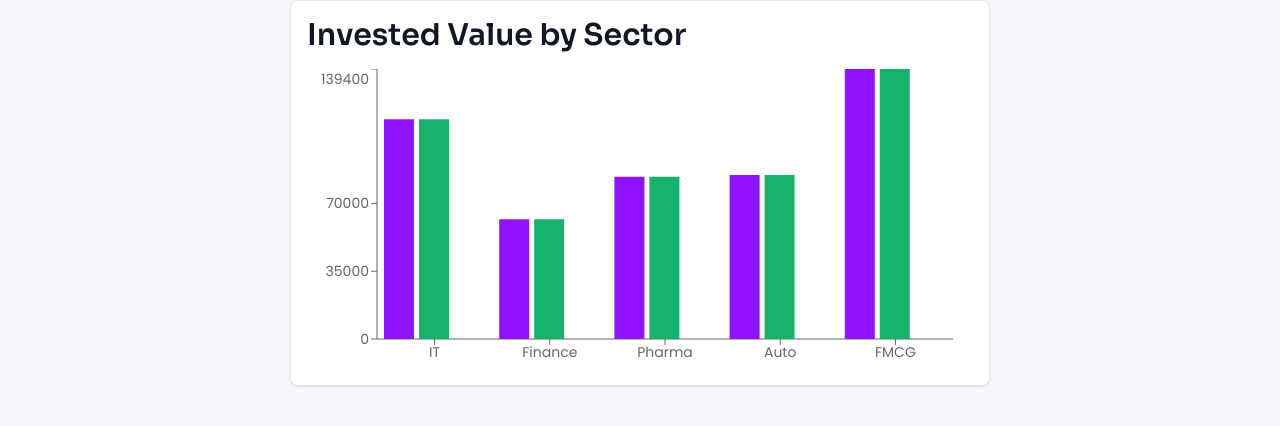
Repository: jabir12-12/inten-project
Page: /components/barchart
An editor plug-in stored every save of this project. The page is shown before and after the next save, followed by the edit.
The browser window is 1280 px wide. The pictures show the whole page.
The page's requests for data from a server got no answer. The project was rebuilt for these pictures with package versions that can differ from the ones it lists, and the page was loaded fresh each time. The framework's server and built-in components were replaced by stand-ins that run in the browser. No one was signed in, and anything a server would have sent is missing. Also part of the build but not shown: next.config.ts.

Above is the page before, as saved 2025-05-17 23:35:52.

### src/pages/_app.tsx
import "@/styles/globals.css";
import type { AppProps } from "next/app"

export default function App({ Component, pageProps }: AppProps) {
  return <Component {...pageProps} />;
}

### src/pages/components/barchart.tsx
import React, { useEffect, useState } from 'react';
import {
    Bar,
    BarChart,
    CartesianGrid,
    Cell,
    Legend,
    ResponsiveContainer,
    Tooltip,
    XAxis,
    YAxis,
} from "recharts";

interface StockData {
    symbol: string;
    category: string;
    purchasePrice: number;
    quantity: number;
    cmp: number;  // current market price
}

const BASE_STOCKS = [
    { symbol: 'INFY.NS', category: 'IT', purchasePrice: 1650, quantity: 20 },
    { symbol: 'TCS.NS', category: 'IT', purchasePrice: 3800, quantity: 10 },
    { symbol: 'HCLTECH.NS', category: 'IT', purchasePrice: 1700, quantity: 25 },

    { symbol: 'HDFCBANK.NS', category: 'Finance', purchasePrice: 1500, quantity: 15 },
    { symbol: 'ICICIBANK.NS', category: 'Finance', purchasePrice: 750, quantity: 30 },
    { symbol: 'SBIN.NS', category: 'Finance', purchasePrice: 420, quantity: 40 },

    { symbol: 'SUNPHARMA.NS', category: 'Pharma', purchasePrice: 950, quantity: 18 },
    { symbol: 'DIVISLAB.NS', category: 'Pharma', purchasePrice: 4800, quantity: 10 },
    { symbol: 'CIPLA.NS', category: 'Pharma', purchasePrice: 850, quantity: 22 },

    { symbol: 'TATAMOTORS.NS', category: 'Auto', purchasePrice: 350, quantity: 50 },
    { symbol: 'BAJAJ-AUTO.NS', category: 'Auto', purchasePrice: 4200, quantity: 8 },
    { symbol: 'EICHERMOT.NS', category: 'Auto', purchasePrice: 2800, quantity: 12 },

    { symbol: 'HINDUNILVR.NS', category: 'FMCG', purchasePrice: 2500, quantity: 14 },
    { symbol: 'ITC.NS', category: 'FMCG', purchasePrice: 240, quantity: 60 },
    { symbol: 'NESTLEIND.NS', category: 'FMCG', purchasePrice: 18000, quantity: 5 },
];

// Helper to aggregate by category for chart
function aggregateByCategory(stocks: StockData[]) {
    const categoryMap: Record<string, { invested: number; current: number }> = {};

    stocks.forEach(({ category, purchasePrice, quantity, cmp }) => {
        if (!categoryMap[category]) {
            categoryMap[category] = { invested: 0, current: 0 };
        }
        categoryMap[category].invested += purchasePrice * quantity;
        categoryMap[category].current += cmp * quantity;
    });

    return Object.entries(categoryMap).map(([name, values]) => {
        const gainLoss = values.current - values.invested;
        return {
            name,
            invested: values.invested,
            current: values.current,
            gainLoss,
        };
    });

}

export default function BarChartComponent() {
    const [stocks, setStocks] = useState<StockData[]>([]);
    const [loading, setLoading] = useState(true);

    useEffect(() => {
        async function fetchData() {
            try {
                const res = await fetch('/api/route'); // Replace with your actual API route URL
                const json = await res.json();

                if (json.success) {
                    // Map cmp prices by symbol
                    const pricesMap: Record<string, number> = {};
                    json.data.forEach((stock: { symbol: string; cmp: number }) => {
                        pricesMap[stock.symbol] = stock.cmp;
                    });

                    // Merge cmp prices into base stocks
                    const updatedStocks: StockData[] = BASE_STOCKS.map(stock => ({
                        ...stock,
                        cmp: pricesMap[stock.symbol] ?? stock.purchasePrice,
                    }));

                    setStocks(updatedStocks);
                } else {
                    console.error("Failed to load stock prices:", json.error);
                    // Fallback to purchasePrice if API fails
                    const fallbackStocks = BASE_STOCKS.map(stock => ({
                        ...stock,
                        cmp: stock.purchasePrice,
                    }));
                    setStocks(fallbackStocks);
                }
            } catch (err) {
                console.error("Error fetching stock prices:", err);
                // Fallback to purchasePrice on error
                const fallbackStocks = BASE_STOCKS.map(stock => ({
                    ...stock,
                    cmp: stock.purchasePrice,
                }));
                setStocks(fallbackStocks);
            } finally {
                setLoading(false);
            }
        }

        fetchData();
    }, []);

    if (loading) return <div>Loading stock data...</div>;

    const barChartData = aggregateByCategory(stocks);

    return (
        <div className="flex flex-col gap-4 border border-gray-200 rounded-lg p-4 bg-white shadow-sm max-w-full w-full sm:w-[90vw] md:w-[600px] lg:w-[700px] mx-auto">
            <h1 className="text-gray-900 font-semibold text-xl sm:text-2xl md:text-3xl">
                Invested Value by Sector
            </h1>

            <ResponsiveContainer width="100%" height={300}>
                <BarChart
                    data={barChartData}
                    barGap={5}
                    barCategoryGap="30%"
                    margin={{ right: 20, left: 10 }}
                >
                    <CartesianGrid strokeDasharray="3 3" horizontal={false} vertical={false} />
                    <XAxis
                        dataKey="name"
                        fontFamily="poppins"
                        fontSize={14}
                        fontWeight={400}
                        fill="#667085"
                        interval="preserveStartEnd"
                    />
                    <YAxis
                        domain={[0, 'dataMax']}
                        fontFamily="poppins"
                        fontSize={14}
                        fontWeight={400}
                        fill="#667085"
                    />
                    <Tooltip
                        cursor={false}
                        isAnimationActive={true}
                        content={({ active, payload, label }) => {
                            if (!active || !payload || payload.length === 0) return null;

                            const invested = Number(payload.find(p => p.dataKey === 'invested')?.value) || 0;
                            const current = Number(payload.find(p => p.dataKey === 'current')?.value) || 0;
                            const gainLoss = Math.abs(current - invested);
                            const gainLossColor = current >= invested ? "#17B26A" : "#F04438";

                            return (
                                <div style={{ backgroundColor: 'white', padding: 10, border: '1px solid #ccc' }}>
                                    <p style={{ marginBottom: 8, fontWeight: 'bold' }}>{label}</p>
                                    <p style={{ color: '#9012FF' }}>
                                        Invested: ₹{invested.toLocaleString("en-IN")}
                                    </p>
                                    <p style={{ color: gainLossColor }}>
                                        Current: ₹{current.toLocaleString("en-IN")}
                                    </p>
                                    <p style={{ color: gainLossColor }}>
                                        Gain/Loss: ₹{gainLoss.toLocaleString("en-IN")}
                                    </p>
                                </div>
                            );
                        }}
                    />
                    <Legend wrapperStyle={{ display: 'none' }} />
                    <Bar dataKey="invested" name="Invested" fill="#9012FF" barSize={30} />
                    <Bar dataKey="current" name="Current" fill="#17B26A" barSize={30} />
                    <Bar dataKey="gainLoss" name="Gain/Loss" barSize={30}>
                        {barChartData.map((entry, index) => (
                            <Cell key={`cell-${index}`} fill={entry.gainLoss >= 0 ? "#17B26A" : "#F04438"} />
                        ))}
                    </Bar>


                </BarChart>
            </ResponsiveContainer>
        </div>
    );
}

### src/styles/globals.css
@import url('https://fonts.googleapis.com/css2?family=Poppins:wght@400;500;600&family=Inter:wght@400;500;600&family=Sora:wght@400;500;600;700;800&display=swap');
@import url('https://fonts.googleapis.com/css2?family=Inter:wght@400;700&display=swap');

@import "tailwindcss";

body {
  background-color: #f7f8fb;
  margin: 0;
  padding: 0;
  font-family: 'Poppins', sans-serif;
  justify-content: center;
  align-items: center;
  height: 100vh;
}

.video-js .vjs-playback-rate {
  font-size: 10px;
  transform: translateY(12px);
  /* Moves the button down by 10px */

}

.heading .head {
  font-family: 'Sora', sans-serif;
  font-size: 24px;
  /* Example size */
  font-weight: 700;
}

/* Example for other headings if needed */
h1,
h2,
h3,
h4,
h5,
h6 {
  font-family: 'Sora', sans-serif;
}

h3 {
  font-size: 18px;
  font-weight: 600;
}

/* Ensure that other text elements use Poppins */
p,
span,
div {
  font-family: 'Poppins', sans-serif;
}

.button {
  outline: none;
}

/* Custom scrollbar styles */

::-webkit-scrollbar {
  width: 7px;
  height: 7px;
}

::-webkit-scrollbar-thumb {
  background-color: rgba(234, 236, 240, 1);
  ;

  border-radius: 100px;
}

::-webkit-scrollbar-track {
  background: "white";

}

/* THIS IS FOR TEXT-EDITOR IN DISSCUSSION TAB --------------------------*/
.custom-quill .ql-container {
  border: none !important;
  /* Remove the border from the container */
}

.custom-quill .ql-editor {
  border: none !important;
  /* Ensure no border around the editor */
}

.custom-quill:focus {
  outline: none;
  /* Remove outline on focus */
}

.custom-quill .ql-editor {
  font-size: 16px;
  /* Set text size to 16px */
  font-family: 'Poppins', sans-serif;
  font-style: normal;
  /* Use the Poppins font */

}

.custom-quill .ql-editor:empty::before {

  /* Show placeholder */
  color: #667085;
  /* Placeholder color */
  font-family: 'Poppins', sans-serif;
  font-style: normal;
  /* Poppins font for placeholder */
  font-size: 16px;
  /* Placeholder size */
  position: absolute;
  /* Position it absolutely */
  left: 10px;
  /* Adjust according to your padding */
  top: 10px;
  /* Adjust according to your padding */
  pointer-events: none;
  /* Prevent interaction */
}

.custom-quill .ql-editor:focus::before {
  display: none;
  /* Hide placeholder on focus */
}

/* -------------------------------------------------- */
/* FOR TOOLTIP FOR TEST PAGE ONLY ->learn Tab */


.tooltipText {
  position: absolute;
  color: white;
  bottom: 125%;
  /* Position above the button */
  left: 50%;
  /* Center horizontally */
  transform: translateX(-50%);
  /* Adjust to center the tooltip */

  z-index: 3;
  background-color: #131313;
  box-shadow: 0 5px 10px rgba(0, 0, 0, 0.3);
  padding: 6px 14px;
  /* Padding inside the tooltip */
  width: 204px;
  /* Fixed width */
  height: auto;
  /* Hug content (height grows with content) */
  min-height: 78px;
  /* Minimum height */
  font-size: 15px;
  font-weight: 400;
  border-radius: 5px;
  white-space: normal;
  /* Allow text wrapping for longer content */
  opacity: 0;
  pointer-events: none;
  transition: all 0.4s ease;
}

.tooltip:hover .tooltipText {
  opacity: 1;
  pointer-events: auto;
  transform: translate(-50%, -10px);
  /* Move tooltip slightly up on hover */
}

.drawer-overlay {
  background-color: transparent !important;
  /* Makes the overlay transparent */
}

/* magic.module.css */
.customCheckbox input[type="checkbox"]:checked {
  background-color: #9012FF;
  border-color: #9012FF;
}

/* Add this to your global CSS file */
.ql-container .ql-editor img {
  cursor: pointer;
}

.image-resizer {
  border: 1px dashed #999;
  position: absolute;
}

.image-resizer .resize-handle {
  background-color: #fff;
  border: 1px solid #999;
  height: 8px;
  width: 8px;
  position: absolute;
}

.image-resizer .resize-handle.se {
  bottom: -5px;
  right: -5px;
  cursor: se-resize;
}

.image-resizer .resize-handle.sw {
  bottom: -5px;
  left: -5px;
  cursor: sw-resize;
}

.image-resizer .resize-handle.ne {
  top: -5px;
  right: -5px;
  cursor: ne-resize;
}

.image-resizer .resize-handle.nw {
  top: -5px;
  left: -5px;
  cursor: nw-resize;
}


@layer base {
  :root {
    --radius: 0.5rem;
    --chart-1: 12 76% 61%;
    --chart-2: 173 58% 39%;
    --chart-3: 197 37% 24%;
    --chart-4: 43 74% 66%;
    --chart-5: 27 87% 67%;
  }

  .dark {
    --chart-1: 220 70% 50%;
    --chart-2: 160 60% 45%;
    --chart-3: 30 80% 55%;
    --chart-4: 280 65% 60%;
    --chart-5: 340 75% 55%;
  }
}

Loaded but not shown: src/pages/_document.tsx (common file)

After the next save:
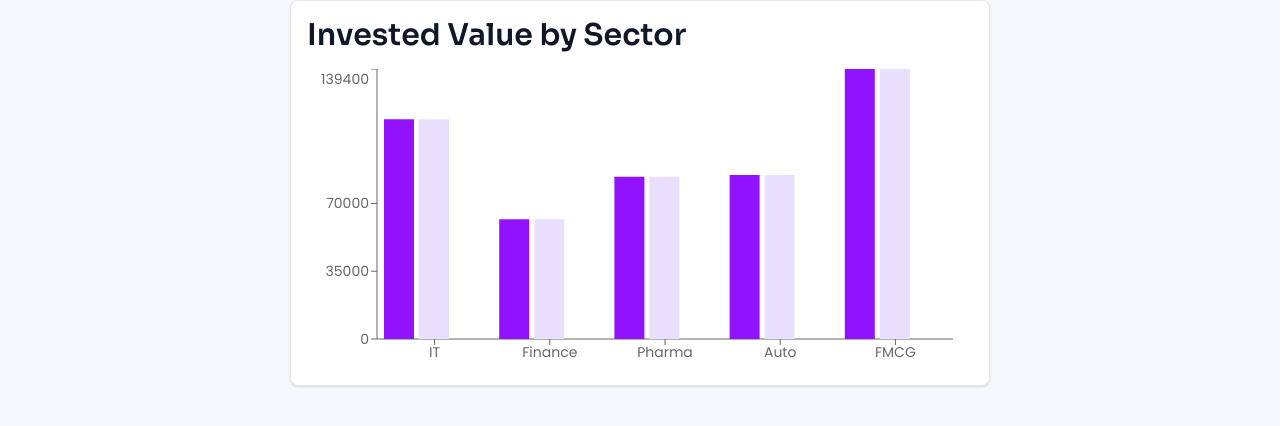
Saved 75 s later.
--- a/src/pages/components/barchart.tsx
+++ b/src/pages/components/barchart.tsx
@@ -176,7 +176,7 @@ export default function BarChartComponent() {
                     />
                     <Legend wrapperStyle={{ display: 'none' }} />
                     <Bar dataKey="invested" name="Invested" fill="#9012FF" barSize={30} />
-                    <Bar dataKey="current" name="Current" fill="#17B26A" barSize={30} />
+                    <Bar dataKey="current" name="Current" fill="#E9E0FF" barSize={30} />
                     <Bar dataKey="gainLoss" name="Gain/Loss" barSize={30}>
                         {barChartData.map((entry, index) => (
                             <Cell key={`cell-${index}`} fill={entry.gainLoss >= 0 ? "#17B26A" : "#F04438"} />
